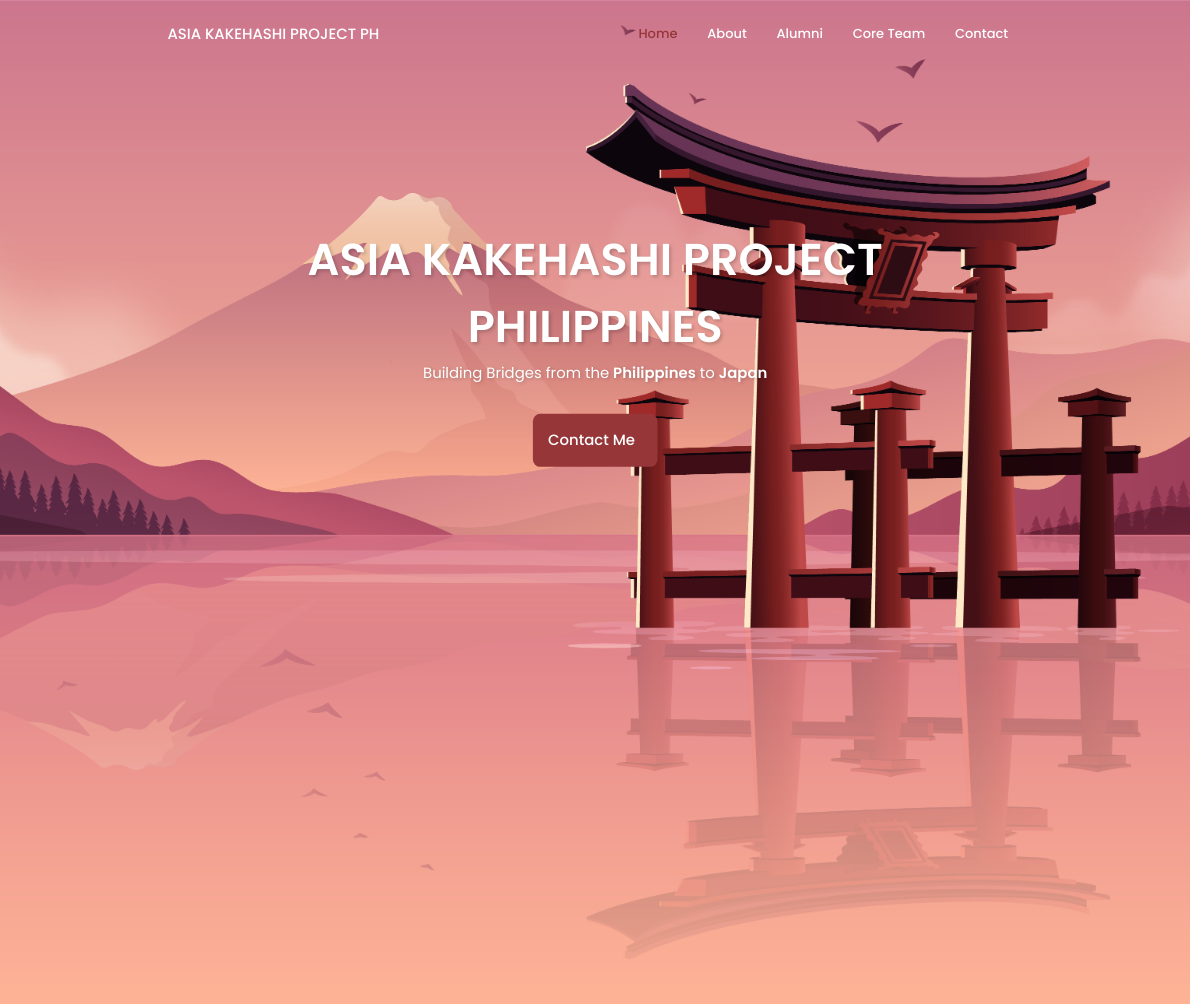
Repository: Aishie123/AKP-PH
Page: index.html
The author's editor kept a copy of each file at every save. The page is drawn from the files as they stood at one save, then again after the next save.
The browser window is 1280 px wide. The pictures show the whole page, at 93% of full size.
Some icons come from a web library that is not loaded, so they are not drawn.

Above is the page before, as saved 2024-02-17 15:36:13.

After the next save:
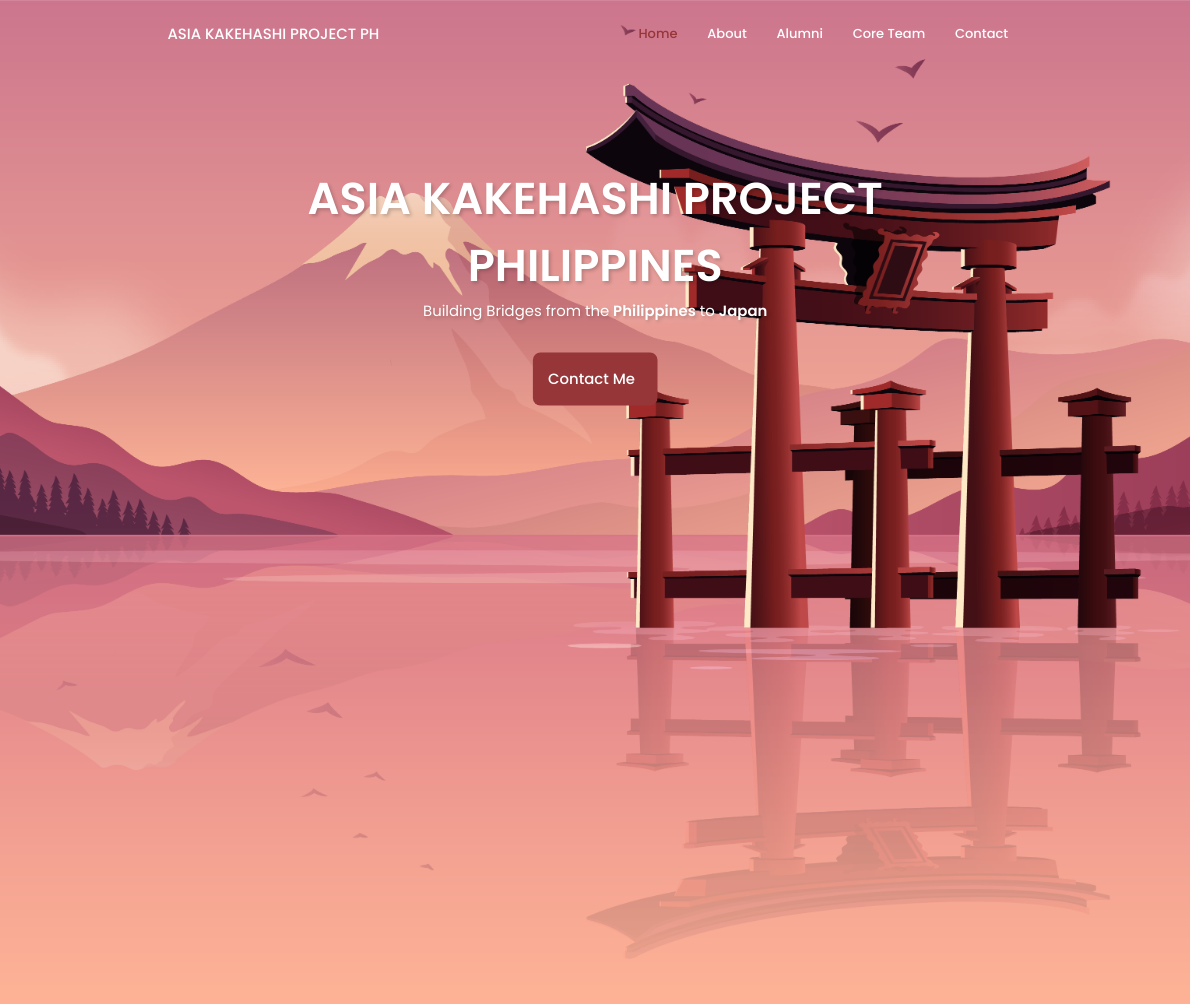
Saved 22 min 51 s later.
--- a/assets/css/styles.css
+++ b/assets/css/styles.css
@@ -566,7 +566,7 @@
       row-gap: 5rem;
     }
     .home__content{
-      padding-top: 5.5rem;
+      padding-top: 0rem;
       column-gap: 2rem;
     }
     .home__scroll{
